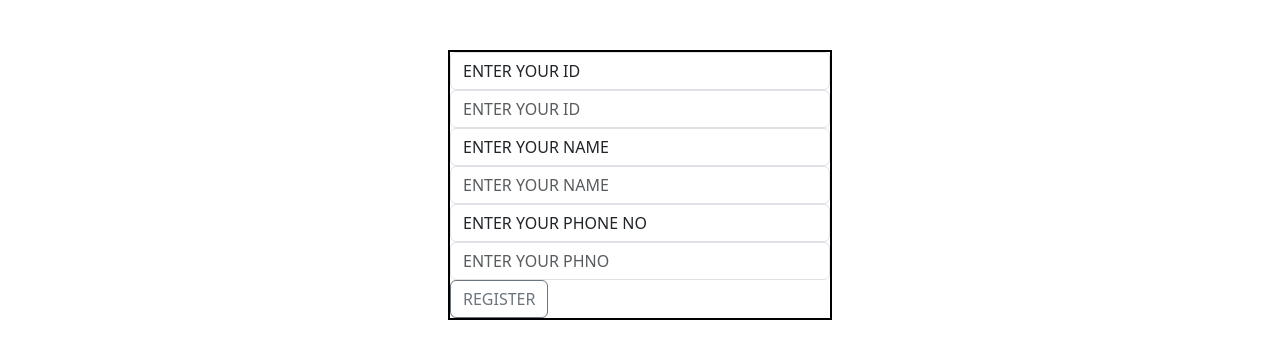
Repository: arindamslt/JEECoding
Page: JEE_FRONTEND/src/main/webapp/04BootstrapForm.html
The author's editor kept a copy of each file at every save. The page is drawn from the files as they stood at one save, then again after the next save.
The browser window is 1280 px wide. The pictures show the whole page.

Above is the page before, as saved 2025-07-17 05:16:36.

### JEE_FRONTEND/src/main/webapp/04BootstrapForm.html
<!DOCTYPE html>
<html>
<head>
<meta charset="ISO-8859-1">
<title>BOOTSTRAP FORM DESIGN</title>
<link href="https://cdn.jsdelivr.net/npm/bootstrap@5.3.3/dist/css/bootstrap.min.css" rel="stylesheet" integrity="sha384-QWTKZyjpPEjISv5WaRU9OFeRpok6YctnYmDr5pNlyT2bRjXh0JMhjY6hW+ALEwIH" crossorigin="anonymous">

</head>
<body>
<div style="width: 30%;margin:50px auto;border:2px solid black" >
	<label class="form-control">ENTER YOUR ID</label>
	<input type="text" class="form-control" name="id" placeholder="ENTER YOUR ID"/>
	<label class="form-control">ENTER YOUR NAME</label>
	<input type="text" class="form-control" name="nm" placeholder="ENTER YOUR NAME"/>
	<label class="form-control">ENTER YOUR PHONE NO</label>
	<input type="text" class="form-control" name="phno" placeholder="ENTER YOUR PHNO"/>
	<button class="btn btn-outline-secondary">REGISTER</button>
</div>
</body>
</html>

After the next save:
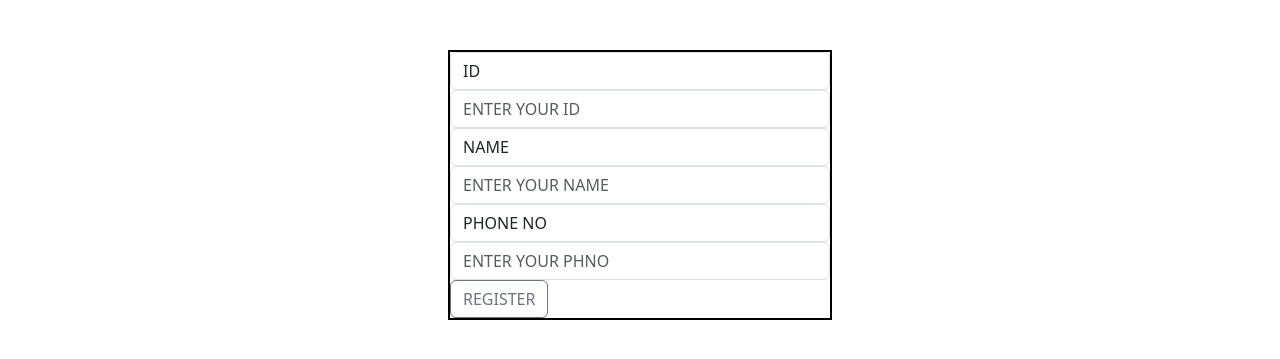
Saved 37 s later.
--- a/JEE_FRONTEND/src/main/webapp/04BootstrapForm.html
+++ b/JEE_FRONTEND/src/main/webapp/04BootstrapForm.html
@@ -8,11 +8,11 @@
 </head>
 <body>
 <div style="width: 30%;margin:50px auto;border:2px solid black" >
-	<label class="form-control">ENTER YOUR ID</label>
+	<label class="form-control">ID</label>
 	<input type="text" class="form-control" name="id" placeholder="ENTER YOUR ID"/>
-	<label class="form-control">ENTER YOUR NAME</label>
+	<label class="form-control">NAME</label>
 	<input type="text" class="form-control" name="nm" placeholder="ENTER YOUR NAME"/>
-	<label class="form-control">ENTER YOUR PHONE NO</label>
+	<label class="form-control">PHONE NO</label>
 	<input type="text" class="form-control" name="phno" placeholder="ENTER YOUR PHNO"/>
 	<button class="btn btn-outline-secondary">REGISTER</button>
 </div>
